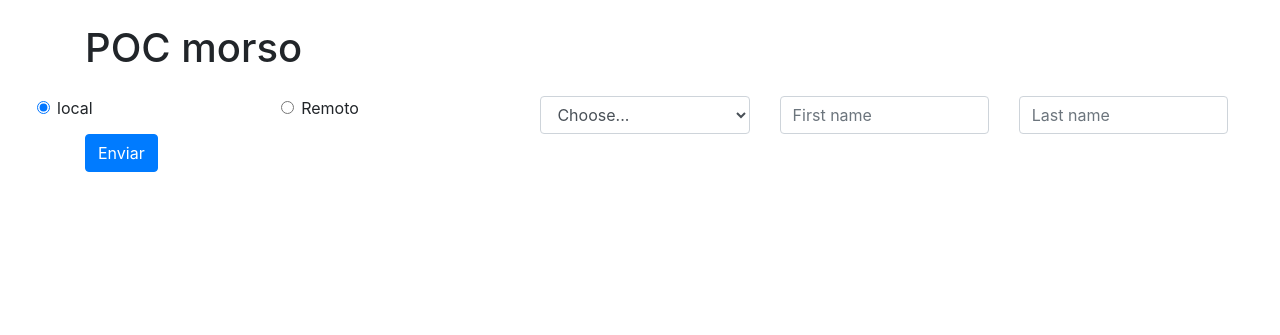
Repository: marisaoliva/poc-execute-cmd
Page: index.html
These files come from the project's save history. The page is drawn as it stood at one moment and after a run of saves; the edit follows.
The browser window is 1280 px wide. The pictures show the whole page.

Above is the page before, as saved 2019-03-01 14:59:07.

### index.html
<html>
    <head>
        <link rel="stylesheet" href="https://stackpath.bootstrapcdn.com/bootstrap/4.3.1/css/bootstrap.min.css" integrity="sha384-ggOyR0iXCbMQv3Xipma34MD+dH/1fQ784/j6cY/iJTQUOhcWr7x9JvoRxT2MZw1T" crossorigin="anonymous">
    </head>
    <body>
        <div class='container mt-4'>
            <h1>POC morso</h1>
              <form>
                <div class="row mx-md-n5 mt-4">
                    <div class="form-check col">
                        <input class="form-check-input" type="radio" name="exampleRadios" id="exampleRadios1" value="option1" checked>
                        <label class="form-check-label" for="exampleRadios1">
                                local
                        </label>
                    </div>
                    <div class="form-check col">
                        <input class="form-check-input" type="radio" name="exampleRadios" id="exampleRadios2" value="option2">
                        <label class="form-check-label" for="exampleRadios2">
                        Remoto
                        </label>
                    </div>
                    <div class='col'>
                        <select id="inputState" class="form-control">
                            <option selected>Choose...</option>
                            <option>...</option>
                        </select>
                    </div>
                    <div class="col">
                        <input type="text" class="form-control" placeholder="First name">
                    </div>
                    <div class="col">
                        <input type="text" class="form-control" placeholder="Last name">
                    </div>

                </div>
                <div class='row'>
                    <div class='col-12'>
                        <button type="button" class="btn btn-primary">Enviar</button>
                    </div>
                </div>
              </form>
        </div>
    </body>
</html>

After the next 2 saves:
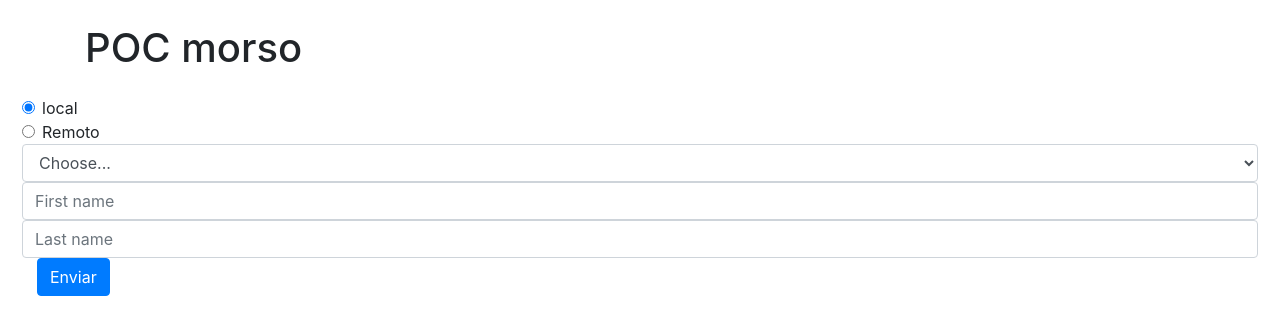
The 2 saves are shown as one change because they came seconds apart.
The last was saved 24 s later.
--- a/index.html
+++ b/index.html
@@ -6,38 +6,38 @@
         <div class='container mt-4'>
             <h1>POC morso</h1>
               <form>
-                <div class="row mx-md-n5 mt-4">
-                    <div class="form-check col">
+                <div class="mx-md-n5 mt-4">
+                    <div class="form-check row">
                         <input class="form-check-input" type="radio" name="exampleRadios" id="exampleRadios1" value="option1" checked>
                         <label class="form-check-label" for="exampleRadios1">
                                 local
                         </label>
                     </div>
-                    <div class="form-check col">
+                    <div class="form-check row">
                         <input class="form-check-input" type="radio" name="exampleRadios" id="exampleRadios2" value="option2">
                         <label class="form-check-label" for="exampleRadios2">
                         Remoto
                         </label>
                     </div>
-                    <div class='col'>
+                    <div class='row'>
                         <select id="inputState" class="form-control">
                             <option selected>Choose...</option>
                             <option>...</option>
                         </select>
                     </div>
-                    <div class="col">
+                    <div class="row">
                         <input type="text" class="form-control" placeholder="First name">
                     </div>
-                    <div class="col">
+                    <div class="row">
                         <input type="text" class="form-control" placeholder="Last name">
                     </div>
-
-                </div>
-                <div class='row'>
-                    <div class='col-12'>
-                        <button type="button" class="btn btn-primary">Enviar</button>
+                    <div class='row'>
+                        <div class='col-12'>
+                            <button type="button" class="btn btn-primary">Enviar</button>
+                        </div>
                     </div>
                 </div>
+
               </form>
         </div>
     </body>
